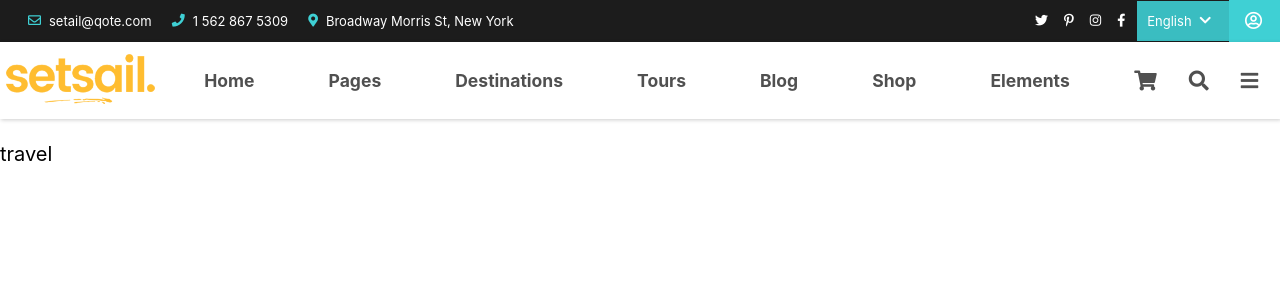
Repository: Hunga9k50doker/Setail
Page: /
These files come from the project's save history. The page is drawn as it stood at one moment and after the next save; the edit follows.
The browser window is 1280 px wide. The pictures show the whole page.
The project was rebuilt for these pictures with package versions that can differ from the ones it lists, and the page was loaded fresh each time. Also part of the build but not shown: src/views/home/exoticDestinations/exotic.js, src/views/home/winterHoliday/winter.js, src/views/pages/aboutUs/about.js, src/views/pages/ourTeam/ourTeam.js, src/views/pages/whatWeOffer/offer.js, src/views/destinations/destinationsItem/item.js, src/views/destinations/destinationsList/list.js, src/views/destinations/destinationsSlider/slider.js and 27 more.

Above is the page before, as saved 2021-10-22 13:51:40.

After the next save:
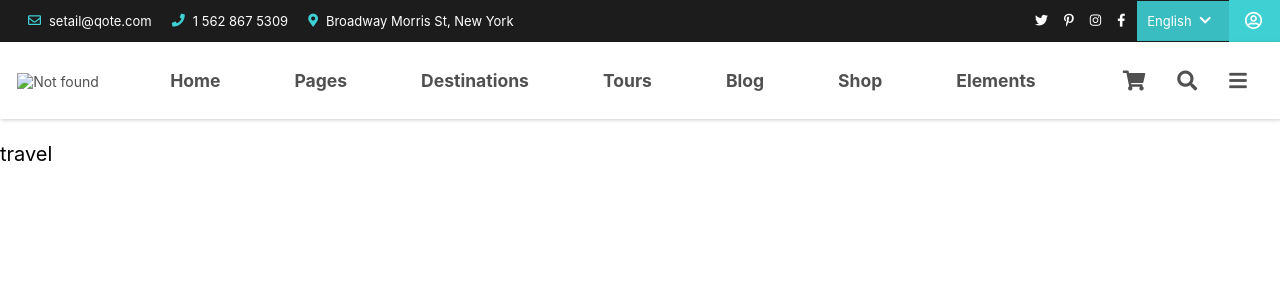
Saved 39 s later.
--- a/src/components/Navigation/Nav.js
+++ b/src/components/Navigation/Nav.js
@@ -19,7 +19,7 @@ const Nav = () => {
     <div className="nav">
       <Link to="/">
         <img
-          src="./logo/logo-footer.png"
+          src="."
           alt="Not found"
           className="nav__logo"
         />
